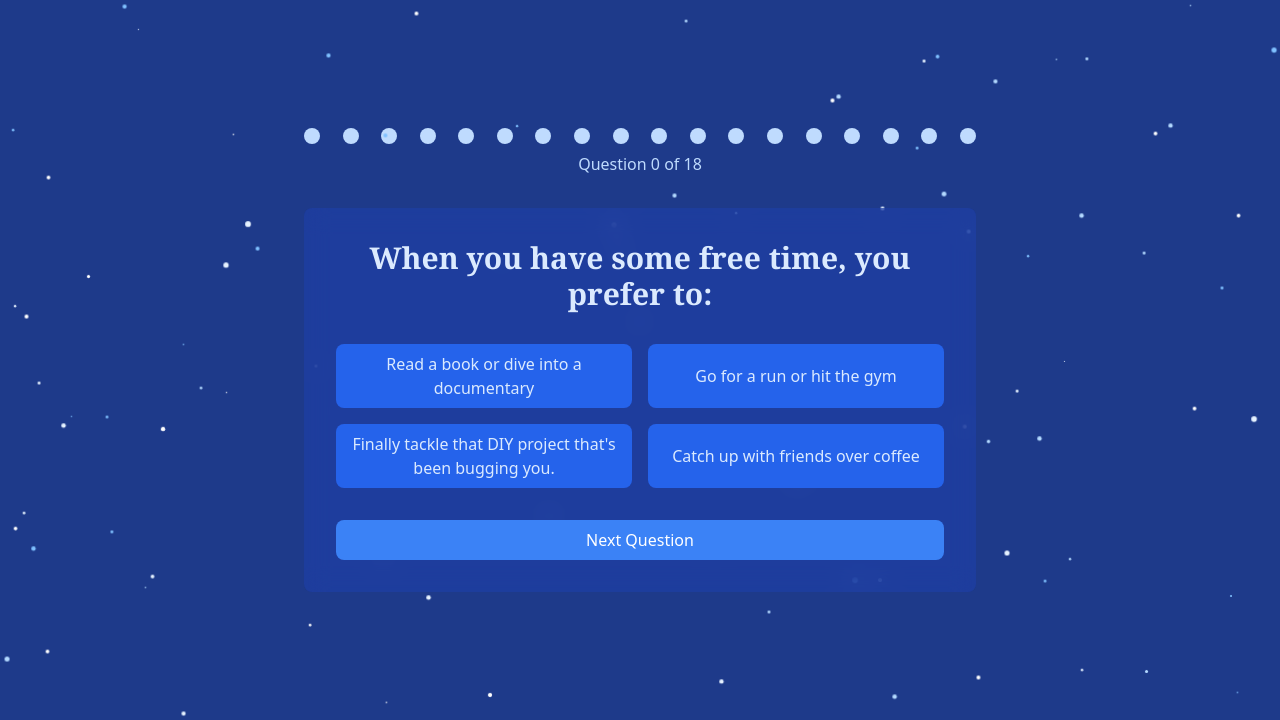
Repository: DKenins/Ikigaitest
Page: /
An editor plug-in stored every save of this project. The page is shown before and after the next save, followed by the edit.
The browser window is 1280 px wide. The pictures show the whole page.
Some web fonts or font styles are not loaded; a fallback is used. The project was rebuilt for these pictures with package versions that can differ from the ones it lists, and the page was loaded fresh each time. The framework's server and built-in components were replaced by stand-ins that run in the browser. Also part of the build but not shown: next.config.mjs.

Above is the page before, as saved 2024-10-06 19:22:31.

### app/layout.tsx
import { Poppins } from 'next/font/google';
import './globals.css';

const poppins = Poppins({
  weight: ['400', '600', '700'],
  subsets: ['latin'],
  display: 'swap',
  variable: '--font-poppins',
});

export default function RootLayout({
  children,
}: {
  children: React.ReactNode;
}) {
  return (
    <html lang="en" className={poppins.variable}>
      <head>
        <link
          rel="stylesheet"
          href="https://fonts.googleapis.com/css2?family=Poppins:wght@400;600;700&display=swap"
        />
      </head>
      <body className="antialiased">
        {children}
      </body>
    </html>
  );
}

### app/page.tsx
import PersonalityTest from './components/PersonalityTest';


export default function Home() {
  return (
    <div>
      <PersonalityTest />
    </div>
  );
}

### app/globals.css
@import url('https://fonts.googleapis.com/css2?family=Inter:wght@400;500;600;700&display=swap');
@import url('https://fonts.googleapis.com/css2?family=Akwe+Pro:wght@400;500;600;700&display=swap');

@tailwind base;
@tailwind components;
@tailwind utilities;

@layer base {
  :root {
    --background: hsl(0, 0%, 100%);
    --foreground: hsl(240, 10%, 3.9%);
    --card: 0 0% 100%;
    --card-foreground: 0 0% 3.9%;
    --popover: 0 0% 100%;
    --popover-foreground: 0 0% 3.9%;
    --primary: 0 0% 9%;
    --primary-foreground: 0 0% 98%;
    --secondary: 0 0% 96.1%;
    --secondary-foreground: 0 0% 9%;
    --muted: 0 0% 96.1%;
    --muted-foreground: 0 0% 45.1%;
    --accent: 0 0% 96.1%;
    --accent-foreground: 0 0% 9%;
    --destructive: 0 84.2% 60.2%;
    --destructive-foreground: 0 0% 98%;
    --border-color: hsl(240, 5.9%, 90%);
    --input: 0 0% 89.8%;
    --ring: 0 0% 3.9%;
    --radius: 0.5rem;
    --border: 0 0% 89.8%;
    --chart-1: 12 76% 61%;
    --chart-2: 173 58% 39%;
    --chart-3: 197 37% 24%;
    --chart-4: 43 74% 66%;
    --chart-5: 27 87% 67%;
  }

  .bg-background {
    @apply bg-[hsl(var(--background))];
  }
  .text-foreground {
    @apply text-[hsl(var(--foreground))];
  }
  .font-body {
    @apply font-sans;
  }
  .font-heading {
    @apply font-bold text-2xl;
  }
  .border-border {
    @apply border-[hsl(var(--border-color))];
  }

  body {
    font-family: 'Akwe Pro', sans-serif; /* Apply Akwe Pro font */
    @apply bg-background text-foreground font-body;
  }

  h1, h2, h3, h4, h5, h6 {
    @apply font-heading;
  }
  .dark {
    --background: 0 0% 3.9%;
    --foreground: 0 0% 98%;
    --card: 0 0% 3.9%;
    --card-foreground: 0 0% 98%;
    --popover: 0 0% 3.9%;
    --popover-foreground: 0 0% 98%;
    --primary: 0 0% 98%;
    --primary-foreground: 0 0% 9%;
    --secondary: 0 0% 14.9%;
    --secondary-foreground: 0 0% 98%;
    --muted: 0 0% 14.9%;
    --muted-foreground: 0 0% 63.9%;
    --accent: 0 0% 14.9%;
    --accent-foreground: 0 0% 98%;
    --destructive: 0 62.8% 30.6%;
    --destructive-foreground: 0 0% 98%;
    --border: 0 0% 14.9%;
    --input: 0 0% 14.9%;
    --ring: 0 0% 83.1%;
    --chart-1: 220 70% 50%;
    --chart-2: 160 60% 45%;
    --chart-3: 30 80% 55%;
    --chart-4: 280 65% 60%;
    --chart-5: 340 75% 55%;
  }
}

@layer base {
  * {
    @apply border-border;
  }
  body {
    @apply bg-background text-foreground;
  }
}

### app/components/PersonalityTest.tsx
"use client";

import React, { useState, useEffect, useRef } from "react";
import { useRouter } from "next/navigation";
import { motion, useAnimation } from "framer-motion";

interface Star {
  id: number;
  x: number;
  y: number;
  size: number;
  color: string;
  vx: number;
  vy: number;
}

interface ShootingStar {
  id: number;
  startX: number;
  startY: number;
  endX: number;
  endY: number;
}

const generateStar = (id: number, width: number, height: number): Star => ({
  id,
  x: Math.random() * width,
  y: Math.random() * height,
  size: Math.random() * 3 + 1,
  color: ["#ffffff", "#e6f2ff", "#b3d9ff", "#80c1ff"][Math.floor(Math.random() * 4)],
  vx: (Math.random() - 0.5) * 0.5,
  vy: (Math.random() - 0.5) * 0.5,
});

const generateShootingStar = (width: number, height: number): ShootingStar => ({
  id: Date.now(),
  startX: Math.random() * width,
  startY: 0,
  endX: Math.random() * width,
  endY: height,
});

const StarComponent: React.FC<{ star: Star }> = ({ star }) => {
  const controls = useAnimation();

  useEffect(() => {
    controls.start({
      scale: [1, 1.5, 1],
      transition: {
        duration: 2 + Math.random() * 2,
        repeat: Infinity,
        repeatType: "reverse",
      },
    });
  }, [controls]);

  return (
    <motion.div
      className="absolute rounded-full"
      style={{
        left: star.x,
        top: star.y,
        width: star.size,
        height: star.size,
        backgroundColor: star.color,
      }}
      animate={controls}
    />
  );
};

const ShootingStarComponent: React.FC<{ star: ShootingStar }> = ({ star }) => {
  return (
    <motion.div
      className="absolute w-1 h-1 bg-white rounded-full"
      style={{
        left: star.startX,
        top: star.startY,
      }}
      animate={{
        x: star.endX - star.startX,
        y: star.endY - star.startY,
        opacity: [1, 1, 0],
      }}
      transition={{
        duration: 1,
        ease: "easeOut",
      }}
    />
  );
};

const ProgressBar: React.FC<{ currentQuestion: number, totalQuestions: number }> = ({ currentQuestion, totalQuestions }) => {
  return (
    <div className="w-full max-w-2xl mx-auto mb-8">
      <div className="flex justify-between">
        {Array.from({ length: totalQuestions }, (_, i) => (
          <div
            key={i}
            className={`w-4 h-4 rounded-full ${
              i < currentQuestion ? "bg-blue-500" : "bg-blue-200"
            }`}
          />
        ))}
      </div>
      <p className="text-center text-blue-200 mt-2">Question {currentQuestion} of {totalQuestions}</p>
    </div>
  );
};

const PersonalityTest = () => {
  const [currentQuestion, setCurrentQuestion] = useState(0);
  const [selectedOption, setSelectedOption] = useState<typeof questions[number]["options"][number] | null>(null);
  const [stars, setStars] = useState<Star[]>([]);
  const [shootingStars, setShootingStars] = useState<ShootingStar[]>([]);
  const [windowSize, setWindowSize] = useState({ width: 0, height: 0 });
  const animationRef = useRef<number>();
  const totalQuestions = 18;
  const router = useRouter();

  const handleSubmit = () => {
    if (selectedOption) {
      setSelectedOption(null);
      setCurrentQuestion((prev) => prev + 1);
      if (currentQuestion === questions.length - 1) {
        router.push("/results");
      }
    }
  };

  const questions: { question: string; options: { label: string; category: string; subcategory: string }[] }[] = [
    {
      question: "When you have some free time, you prefer to:",
      options: [
        { label: "Read a book or dive into a documentary", category: 'passion', subcategory: 'IntellectualPursuits' },
        { label: "Go for a run or hit the gym", category: 'passion', subcategory: 'PhysicalActivities' },
        { label: "Finally tackle that DIY project that's been bugging you.", category: 'vocation', subcategory: 'ProblemSolving' },
        { label: "Catch up with friends over coffee", category: 'mission', subcategory: 'InterpersonalSkills' },
      ],
    },
    {
      question: "Your friend is moving to a new place and needs help. You offer to:",
      options: [
        { label: "Organize the packing and transport", category: 'vocation', subcategory: 'Leadership' },
        { label: "Provide help to fix things in the new place", category: 'vocation', subcategory: 'SpecializedKnowledge' },
        { label: "Keep spirits high and make it a fun day", category: 'mission', subcategory: 'CommunityBuilding' },
        { label: "Research how to do it with less cost", category: 'profession', subcategory: 'BusinessEntrepreneurship' },
      ],
    },
    {
      question: "At a social event, you often:",


      options: [
        { label: "Engage in conversations about various topics", category: 'passion', subcategory: 'IntellectualPursuits' },
        { label: "Make the most photos", category: 'passion', subcategory: 'CreativeArts' },
        { label: "Help to organize things", category: 'vocation', subcategory: 'ProblemSolving' },
        { label: "Share interesting stories or jokes to entertain others", category: 'mission', subcategory: 'InterpersonalSkills' },
      ],

    },
    {
      question: "When faced with a problem, your first instinct is to:",
      options: [
        { label: "Analyze it logically to find the best solution", category: 'vocation', subcategory: 'ProblemSolving' },
        { label: "Think of a creative way to approach it", category: 'passion', subcategory: 'CreativeArts' },
        { label: "Ask someone you know", category: 'mission', subcategory: 'InterpersonalSkills' },
        { label: "Consider how solving it might help others", category: 'mission', subcategory: 'SocialCauses' },
      ],
    },
    {
      question: "Your coworker asks for advice on improving their workspace. You suggest:",
      options: [
        { label: "Finding a way to make it more functional and organized", category: 'vocation', subcategory: 'SpecializedKnowledge' },
        { label: "Adding creative touches to make it more inspiring", category: 'passion', subcategory: 'CreativeArts' },
        { label: "Setting up a system to boost productivity", category: 'profession', subcategory: 'BusinessEntrepreneurship' },
        { label: "Sharing tips on time management and focus", category: 'mission', subcategory: 'EducationMentorship' },
      ],
    },
    {
      question: "During a job meeting, you often:",
      options: [
        { label: "Lead the discussion to make decisions", category: 'vocation', subcategory: 'Leadership' },
        { label: "Share your tips on any issue", category: 'vocation', subcategory: 'SpecializedKnowledge' },
        { label: "Ensure that everyone has a chance to speak", category: 'mission', subcategory: 'CommunityBuilding' },
        { label: "Propose solutions to any issues that come up", category: 'vocation', subcategory: 'ProblemSolving' },
      ],
    },
    {
      question: "When traveling, you are most excited about:",
      options: [
        { label: "Visiting historical sites and museums", category: 'passion', subcategory: 'IntellectualPursuits' },
        { label: "Exploring nature and hitting your daily step goal", category: 'passion', subcategory: 'PhysicalActivities' },
        { label: "Meeting new people and experiencing the culture", category: 'mission', subcategory: 'InterpersonalSkills' },
        { label: "Capturing new photos", category: 'passion', subcategory: 'CreativeArts' },
      ],
    },
    {
      question: "Your friends describe you as:",
      options: [
        { label: "Business-savvy", category: 'profession', subcategory: 'BusinessEntrepreneurship' },
        { label: "A natural leader", category: 'vocation', subcategory: 'Leadership' },
        { label: "Always active", category: 'passion', subcategory: 'PhysicalActivities' },
        { label: "The go-to for tech help", category: 'vocation', subcategory: 'SpecializedKnowledge' },
      ],
    },
    {
      question: "At work, you're most energized by:",
      options: [
        { label: "Helping a colleague learn something new", category: 'mission', subcategory: 'EducationMentorship' },
        { label: "Organizing a group activity or outing", category: 'passion', subcategory: 'PhysicalActivities' },
        { label: "Figuring out how to overcome challenges", category: 'vocation', subcategory: 'ProblemSolving' },
        { label: "Leading the team to achieve goals", category: 'vocation', subcategory: 'Leadership' },
      ],
    },
    {
      question: "Your favorite type of book or movie is:",
      options: [
        { label: "Documentaries or dramas", category: 'passion', subcategory: 'IntellectualPursuits' },
        { label: "Something that gets your adrenaline going", category: 'passion', subcategory: 'PhysicalActivities' },
        { label: "Heartfelt stories of people's situations", category: 'mission', subcategory: 'SocialCauses' },
        { label: "Biographies of successful people", category: 'profession', subcategory: 'BusinessEntrepreneurship' },
      ],
    },
    {
      question: "When planning for the future, what's on your mind?",
      options: [
        { label: "Finding ways to support someone", category: 'mission', subcategory: 'SocialCauses' },
        { label: "Staying healthy and active long-term", category: 'passion', subcategory: 'PhysicalActivities' },
        { label: "Keeping up with learning and teaching", category: 'mission', subcategory: 'EducationMentorship' },
        { label: "Building strong connections with others", category: 'mission', subcategory: 'CommunityBuilding' },
      ],
    },
    {
      question: "When buying a gift, you tend to:",
      options: [
        { label: "Choose a cool gadget", category: 'vocation', subcategory: 'SpecializedKnowledge' },
        { label: "Pick a group activity", category: 'mission', subcategory: 'CommunityBuilding' },
        { label: "Buy a productivity tool", category: 'profession', subcategory: 'BusinessEntrepreneurship' },
        { label: "Choose something mind-stimulating", category: 'passion', subcategory: 'IntellectualPursuits' },
      ],
    },
    {
      question: "Your dream job involves:",
      options: [
        { label: "Leading a team", category: 'vocation', subcategory: 'Leadership' },
        { label: "Solving technical challenges", category: 'vocation', subcategory: 'SpecializedKnowledge' },
        { label: "Making a difference", category: 'mission', subcategory: 'SocialCauses' },
        { label: "Teaching others", category: 'mission', subcategory: 'EducationMentorship' },
      ],
    },
    {
      question: "At work, you're often asked to:",
      options: [
        { label: "Handle technical tasks", category: 'vocation', subcategory: 'SpecializedKnowledge' },
        { label: "Solve tough problems", category: 'vocation', subcategory: 'ProblemSolving' },
        { label: "Mentor new recruits", category: 'mission', subcategory: 'EducationMentorship' },
        { label: "Help develop strategies", category: 'profession', subcategory: 'BusinessEntrepreneurship' },
      ],
    },
    {
      question: "On a road trip with friends, you're the one who:",
      options: [
        { label: "Decides the route and plans the stops", category: 'vocation', subcategory: 'Leadership' },
        { label: "Handles the navigation", category: 'vocation', subcategory: 'SpecializedKnowledge' },
        { label: "Keeps the conversations going", category: 'mission', subcategory: 'InterpersonalSkills' },
        { label: "Suggests visiting a place that supports a good cause", category: 'mission', subcategory: 'SocialCauses' },
      ],
    },
    {
      question: "When trying out a new hobby, you're drawn to:",
      options: [
        { label: "Something that makes you think deeply", category: 'passion', subcategory: 'IntellectualPursuits' },
        { label: "Something you could eventually turn into a business", category: 'profession', subcategory: 'BusinessEntrepreneurship' },
        { label: "Something that brings people together", category: 'mission', subcategory: 'CommunityBuilding' },
        { label: "Something where you can learn and teach others", category: 'mission', subcategory: 'EducationMentorship' },
      ],
    },
    {
      question: "Your friends would describe you as:",
      options: [
        { label: "Logical and analytical", category: 'vocation', subcategory: 'ProblemSolving' },
        { label: "A great communicator and listener", category: 'mission', subcategory: 'InterpersonalSkills' },
        { label: "Compassionate and understanding", category: 'mission', subcategory: 'InterpersonalSkills' },
        { label: "Someone who brings people together", category: 'mission', subcategory: 'CommunityBuilding' },
      ],
    },
    {
      question: "When cooking something special, you:",
      options: [
        { label: "Look up a recipe with an interesting story", category: 'passion', subcategory: 'IntellectualPursuits' },
        { label: "Use ingredients from a local farmer's market", category: 'mission', subcategory: 'SocialCauses' },
        { label: "Experiment with measurements until you get it just right", category: 'vocation', subcategory: 'ProblemSolving' },
        { label: "Invite friends over to share it with you", category: 'mission', subcategory: 'CommunityBuilding' },
      ],
    },
  ];


  useEffect(() => {
    const handleResize = () => {
      setWindowSize({ width: window.innerWidth, height: window.innerHeight });
    };
    handleResize();
    window.addEventListener("resize", handleResize);
    return () => window.removeEventListener("resize", handleResize);
  }, []);

  useEffect(() => {
    if (windowSize.width && windowSize.height) {
      setStars(Array.from({ length: 100 }, (_, i) => generateStar(i, windowSize.width, windowSize.height)));
    }
  }, [windowSize]);

  useEffect(() => {
    const updateStars = () => {
      setStars((prevStars) =>
        prevStars.map((star) => {
          let { x, y, vx, vy } = star;
          x += vx;
          y += vy;
          if (x <= 0 || x >= windowSize.width) vx = -vx;
          if (y <= 0 || y >= windowSize.height) vy = -vy;

          return { ...star, x, y, vx, vy };
        })
      );

      if (Math.random() < 0.02) {
        setShootingStars((prev) => [...prev, generateShootingStar(windowSize.width, windowSize.height)]);
      }

      setShootingStars((prev) => prev.filter((star) => Date.now() - star.id < 1000));

      animationRef.current = requestAnimationFrame(updateStars);
    };
    animationRef.current = requestAnimationFrame(updateStars);
    return () => {
      if (animationRef.current) {
        cancelAnimationFrame(animationRef.current);
      }
    };
  }, [windowSize]);

  return (
    <div className="min-h-screen bg-blue-900 flex flex-col items-center justify-center overflow-hidden relative">
      {stars.map((star) => (
        <StarComponent key={star.id} star={star} />
      ))}
      {shootingStars.map((star) => (
        <ShootingStarComponent key={star.id} star={star} />
      ))}

      <ProgressBar currentQuestion={currentQuestion} totalQuestions={totalQuestions} />

      <div className="bg-blue-800 bg-opacity-50 backdrop-blur-md rounded-lg p-8 w-full max-w-2xl z-10"> {/* Increased bg-opacity for a lighter background */}
        <h1 className="text-3xl font-bold text-center text-blue-100 mb-8 font-serif font-akwe"> {/* Added font-akwe class */}
          {questions[currentQuestion]?.question}  {/* Updated to show the current question */}
        </h1>
        <div className="grid grid-cols-2 gap-4">
          {questions[currentQuestion]?.options.map((option, index) => (
            <button
              key={index}
              className="bg-blue-600 hover:bg-blue-700 active:bg-blue-800 focus:bg-blue-800 text-blue-100 font-medium py-2 px-4 rounded-lg transition duration-300 ease-in-out transform hover:scale-105" // Added active and focus states for click animation
              onClick={() => setSelectedOption(option)}
            >
              {option.label}
            </button>
          ))}
        </div>
        <button
          onClick={handleSubmit}
          disabled={!selectedOption}
          className="w-full mt-8 bg-blue-500 text-white py-2 px-4 rounded-lg transition duration-300 hover:bg-blue-600"
        >
          {currentQuestion < questions.length - 1 ? "Next Question" : "Submit"}
        </button>
      </div>
    </div>
  );
};

export default PersonalityTest;

Loaded but not shown: tailwind.config.js (117 lines, source omitted)

After the next save:
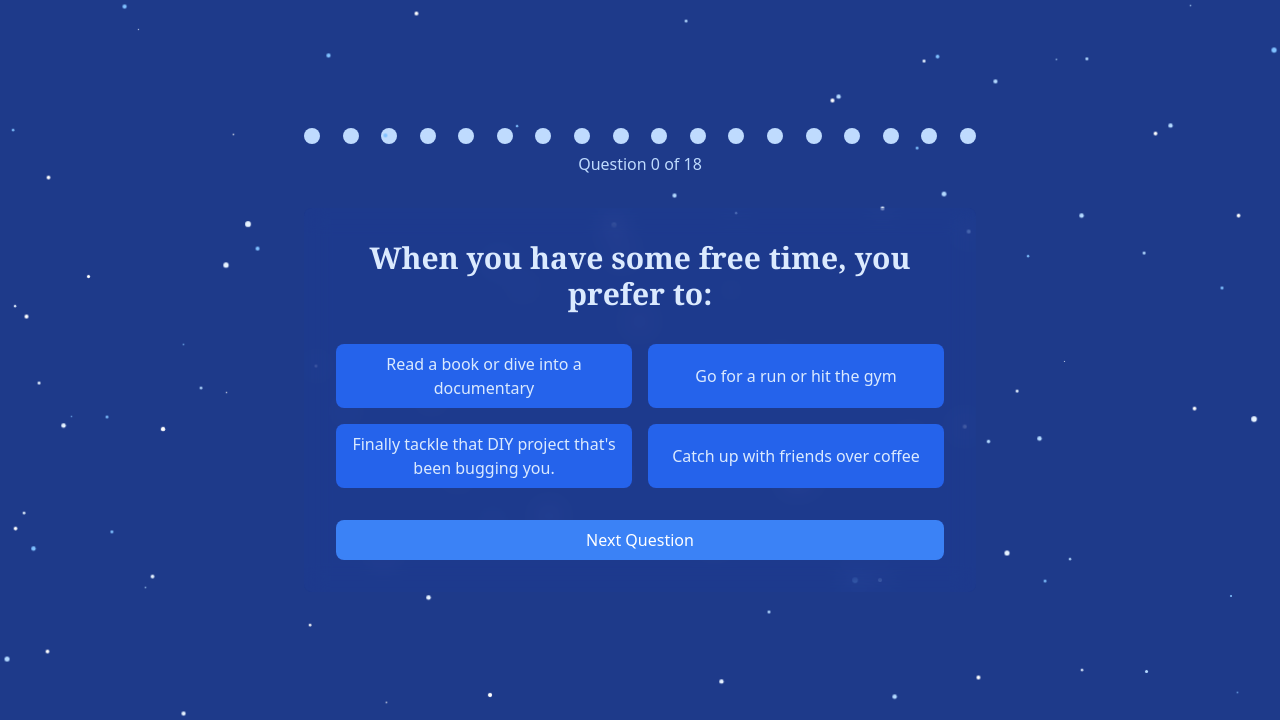
Saved 11 s later.
--- a/app/components/PersonalityTest.tsx
+++ b/app/components/PersonalityTest.tsx
@@ -353,7 +353,7 @@
 
       <ProgressBar currentQuestion={currentQuestion} totalQuestions={totalQuestions} />
 
-      <div className="bg-blue-800 bg-opacity-50 backdrop-blur-md rounded-lg p-8 w-full max-w-2xl z-10"> {/* Increased bg-opacity for a lighter background */}
+      <div className="bg-blue-800 bg-opacity-10 backdrop-blur-md rounded-lg p-8 w-full max-w-2xl z-10"> {/* Increased bg-opacity for a lighter background */}
         <h1 className="text-3xl font-bold text-center text-blue-100 mb-8 font-serif font-akwe"> {/* Added font-akwe class */}
           {questions[currentQuestion]?.question}  {/* Updated to show the current question */}
         </h1>

After the save that followed:
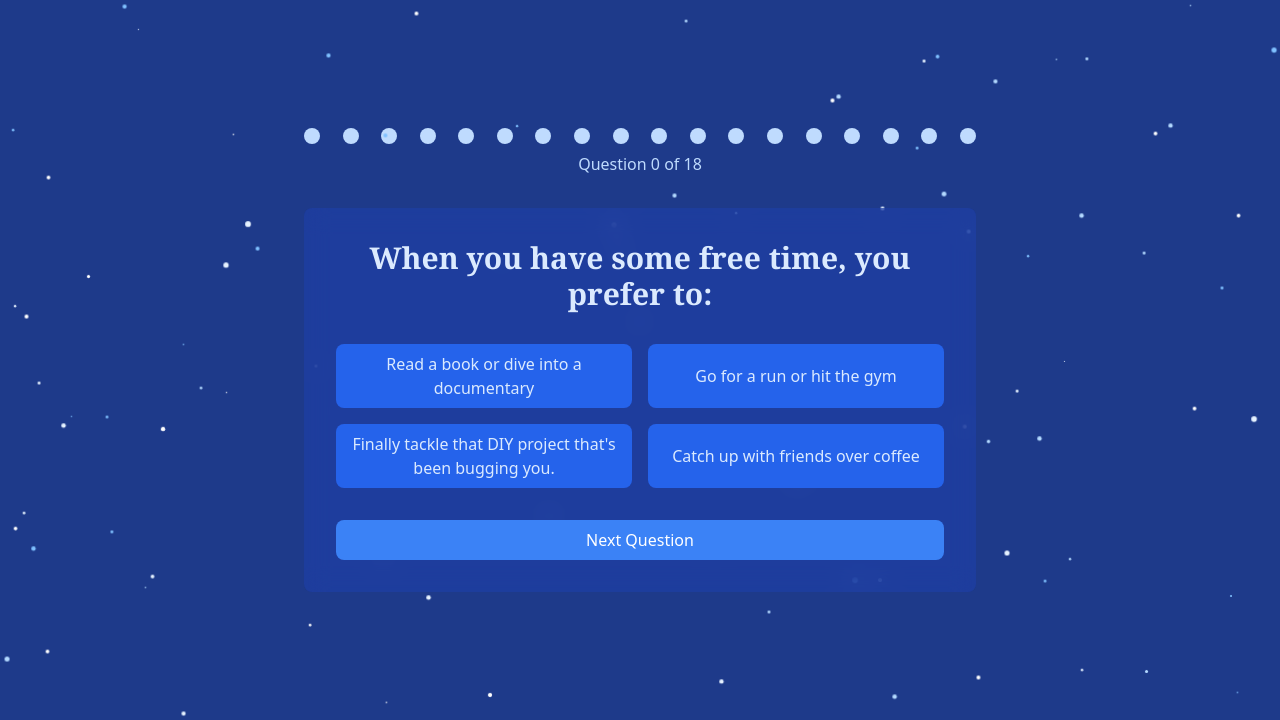
Saved 4 s later.
--- a/app/components/PersonalityTest.tsx
+++ b/app/components/PersonalityTest.tsx
@@ -353,7 +353,7 @@
 
       <ProgressBar currentQuestion={currentQuestion} totalQuestions={totalQuestions} />
 
-      <div className="bg-blue-800 bg-opacity-10 backdrop-blur-md rounded-lg p-8 w-full max-w-2xl z-10"> {/* Increased bg-opacity for a lighter background */}
+      <div className="bg-blue-800 bg-opacity-50 backdrop-blur-md rounded-lg p-8 w-full max-w-2xl z-10"> {/* Increased bg-opacity for a lighter background */}
         <h1 className="text-3xl font-bold text-center text-blue-100 mb-8 font-serif font-akwe"> {/* Added font-akwe class */}
           {questions[currentQuestion]?.question}  {/* Updated to show the current question */}
         </h1>
